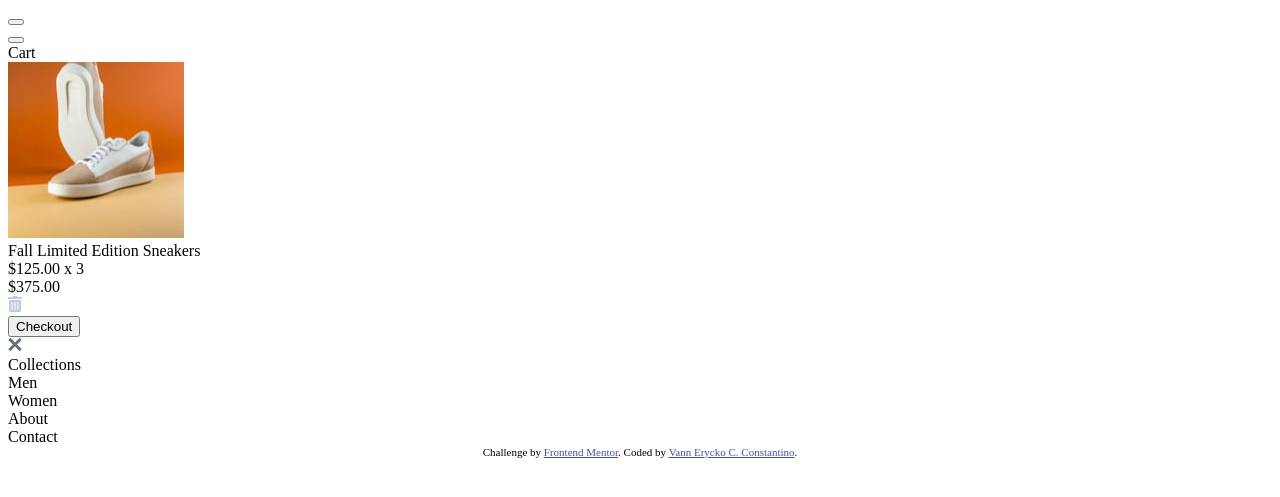
Repository: kocokoy/ecommerce-product-page
Page: src/template.html
An editor plug-in stored every save of this project. The page is shown before and after the next save, followed by the edit.
The browser window is 1280 px wide. The pictures show the whole page.
Some web fonts or font styles are not loaded; a fallback is used.

Above is the page before, as saved 2024-11-21 09:04:55.

### src/template.html
<!DOCTYPE html>
<html lang="en">
<head>
  <meta charset="UTF-8">
  <meta name="viewport" content="width=device-width, initial-scale=1.0"> <!-- displays site properly based on user's device -->

  <link rel="icon" type="image/png" sizes="32x32" href="./images/favicon-32x32.png">
  <link rel="preconnect" href="https://fonts.googleapis.com">
  <link rel="preconnect" href="https://fonts.gstatic.com" crossorigin>
  <link href="https://fonts.googleapis.com/css2?family=Karla:ital,wght@0,200..800;1,200..800&family=Kumbh+Sans:wght@100..900&family=Playfair+Display:ital,wght@0,400..900;1,400..900&family=Plus+Jakarta+Sans:ital,wght@0,200..800;1,200..800&family=Red+Hat+Text:ital,wght@0,300..700;1,300..700&display=swap" rel="stylesheet">
  <title>Frontend Mentor | E-commerce product page</title>
  <style>
    .attribution { font-size: 11px; text-align: center; }
    .attribution a { color: hsl(228, 45%, 44%); }
  </style>
</head>
<body>
  <div class="content">
    <header>
      <div class="header-img"></div>
      <div class="header-title"></div>
      <div class="header-img header-cart">
        <div class="item-quantity"></div>
      </div>
      <div class="header-img"></div>
    </header>
    <container class="image-carousel">
      <div class="image">
        <button class="image-carousel-back-btn"></button>
        <div class="image-carousel-image"></div>
        <button class="image-carousel-forward-btn"></button>
      </div>
      <div class="cart">
        <div class="cart-title">Cart</div>
        <!-- <div class="cart-content">Your cart is empty</div> -->
        <div class="cart-content">
          <div class="inside-cart-item">
            <img class="inside-cart-item-image" src="/images/image-product-1-thumbnail.jpg" alt="">
            <div class="inside-cart-item-info">
              <div class="inside-cart-item-info-title">Fall Limited Edition Sneakers</div>
              <div class="inside-cart-item-info-price">
                <div class="inside-cart-item-info-price-with-quantity">$125.00 x 3</div>
                <div class="inside-cart-item-info-price-sum">$375.00</div>
              </div>
            </div>
            <div class="inside-cart-item-button"><img src="/images/icon-delete.svg" alt=""></div>
          </div>
          <button>Checkout</button>
        </div>
      </div>
    </container>
    <container class="menu-bar">
      <img src="/images/icon-close.svg" alt="">
      <div>Collections</div>
      <div>Men</div>
      <div>Women</div>
      <div>About</div>
      <div>Contact</div>
    </container>
    <container class="item-info">
      <div class="item-info-text">
      </div>
      <div class="item-info-price">
      </div>
      <div class="item-info-quantity">
      </div>
      <div class="item-info-button">
      </div>
    </container>
  </div>
  <div class="attribution">
    Challenge by <a href="https://www.frontendmentor.io?ref=challenge" target="_blank">Frontend Mentor</a>.
    Coded by <a href="#">Vann Erycko C. Constantino</a>.
  </div>
</body>
</html>

After the next save:
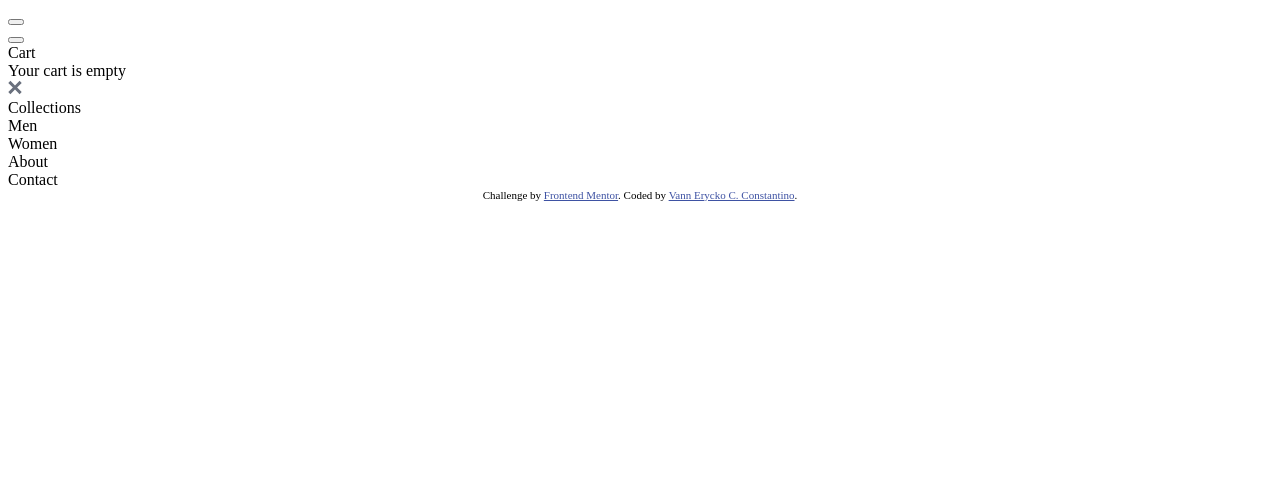
Saved 40 s later.
--- a/src/template.html
+++ b/src/template.html
@@ -32,20 +32,7 @@
       </div>
       <div class="cart">
         <div class="cart-title">Cart</div>
-        <!-- <div class="cart-content">Your cart is empty</div> -->
-        <div class="cart-content">
-          <div class="inside-cart-item">
-            <img class="inside-cart-item-image" src="/images/image-product-1-thumbnail.jpg" alt="">
-            <div class="inside-cart-item-info">
-              <div class="inside-cart-item-info-title">Fall Limited Edition Sneakers</div>
-              <div class="inside-cart-item-info-price">
-                <div class="inside-cart-item-info-price-with-quantity">$125.00 x 3</div>
-                <div class="inside-cart-item-info-price-sum">$375.00</div>
-              </div>
-            </div>
-            <div class="inside-cart-item-button"><img src="/images/icon-delete.svg" alt=""></div>
-          </div>
-          <button>Checkout</button>
+        <div class="cart-content">Your cart is empty</div>
         </div>
       </div>
     </container>
